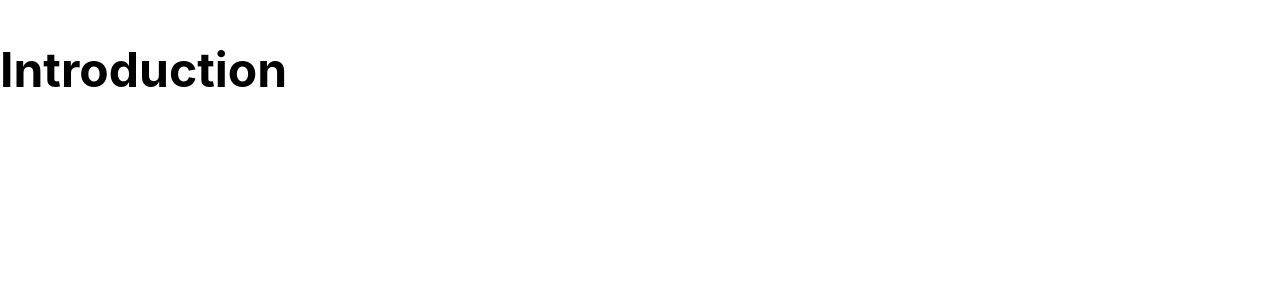
Repository: baodien1405/react-with-typescript
Page: /
The author's editor kept a copy of each file at every save. The page is drawn from the files as they stood at one save, then again after the next save.
The browser window is 1280 px wide. The pictures show the whole page.
The project was rebuilt for these pictures with package versions that can differ from the ones it lists, and the page was loaded fresh each time.

Above is the page before, as saved 2021-06-08 13:32:25.

After the next save:
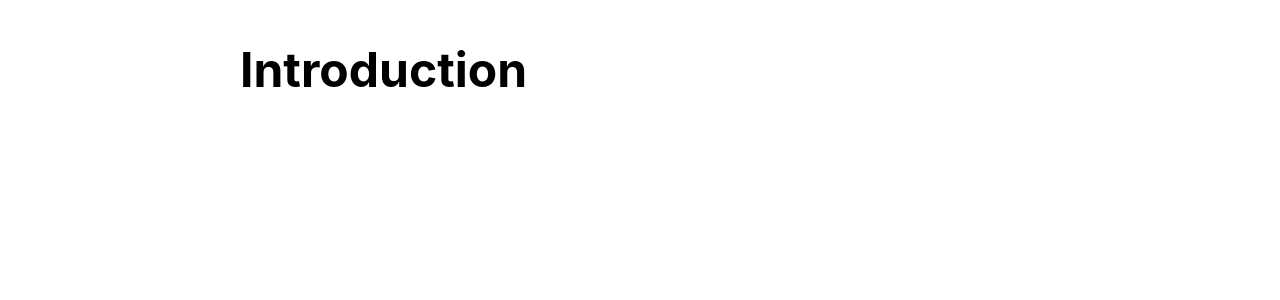
Saved 6 s later.
--- a/src/App.css
+++ b/src/App.css
@@ -1,5 +1,5 @@
 body {
   font-size: xx-large;
   margin: 0 auto;
-  min-width: 800px;
+  max-width: 800px;
 }
